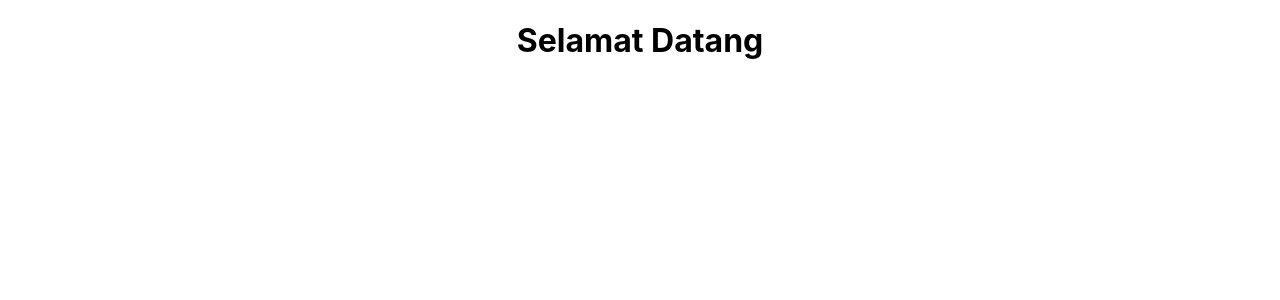
Repository: mfarhannr/Farhan_Quiz_ReactJS
Page: /
These files come from the project's save history. The page is drawn as it stood at one moment and after a run of saves; the edit follows.
The browser window is 1280 px wide. The pictures show the whole page.
The project was rebuilt for these pictures with package versions that can differ from the ones it lists, and the page was loaded fresh each time. Also part of the build but not shown: src/WelcomeComponent.js.

Above is the page before, as saved 2024-05-17 14:25:19.

After the next 5 saves:
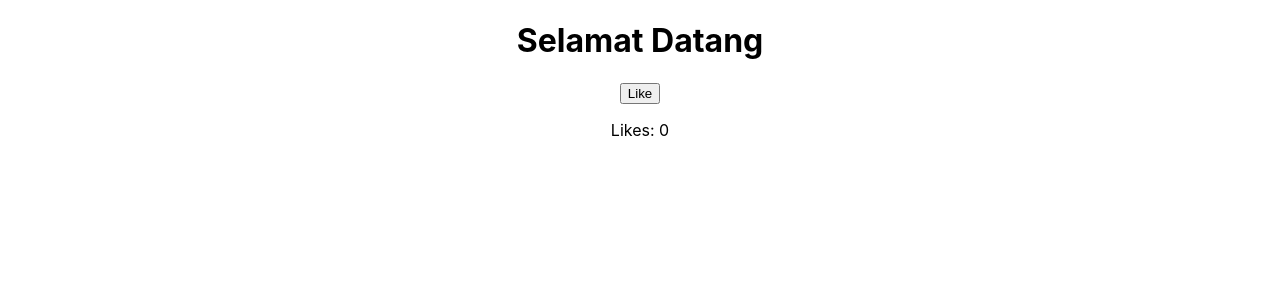
The 5 saves are shown as one change because they came seconds apart.
The last was saved 13 s later.
--- a/src/App.js
+++ b/src/App.js
@@ -21,6 +21,7 @@
       </header> */}
 
       <Greeting />
+      <LikeButton />
     </div>
   );
 }
